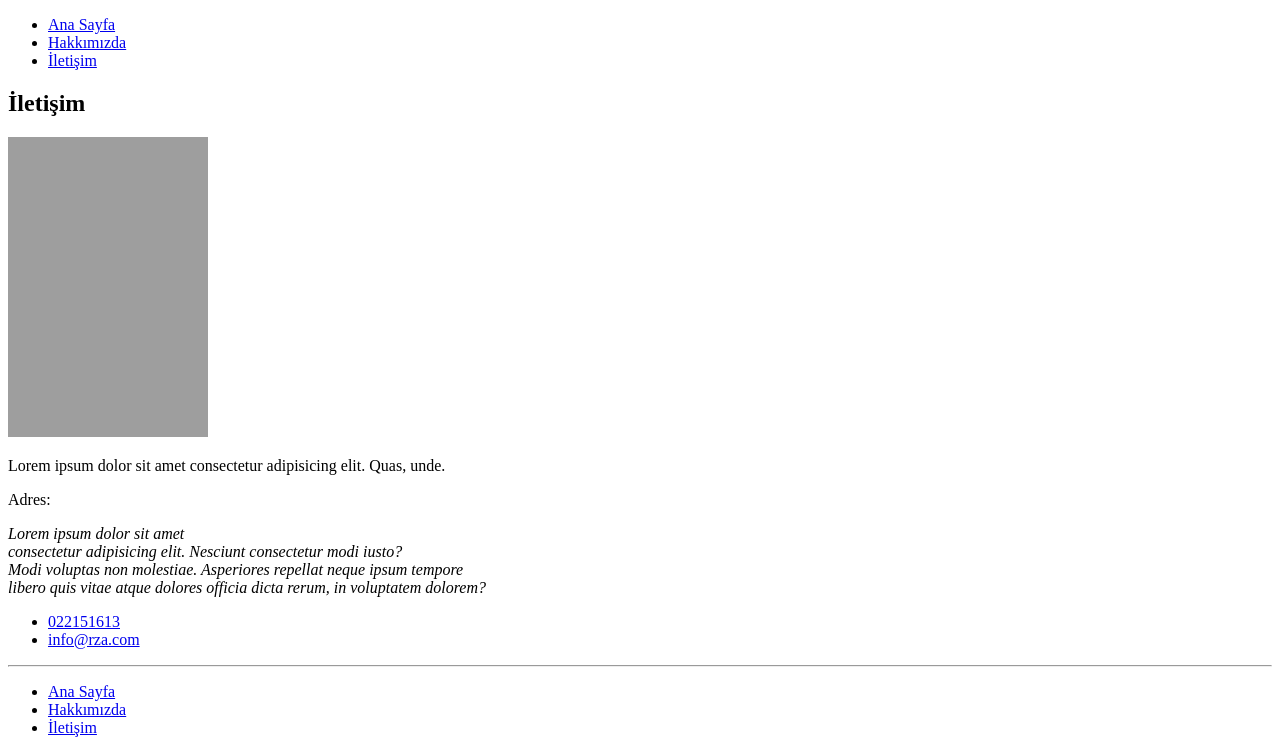
Repository: rizacantire/html
Page: Practice/contact.html
The author's editor kept a copy of each file at every save. The page is drawn from the files as they stood at one save, then again after the next save.
The browser window is 1280 px wide. The pictures show the whole page.
Pictures or frames that could not be fetched are drawn as grey boxes.

Above is the page before, as saved 2021-12-06 23:51:15.

After the next save:
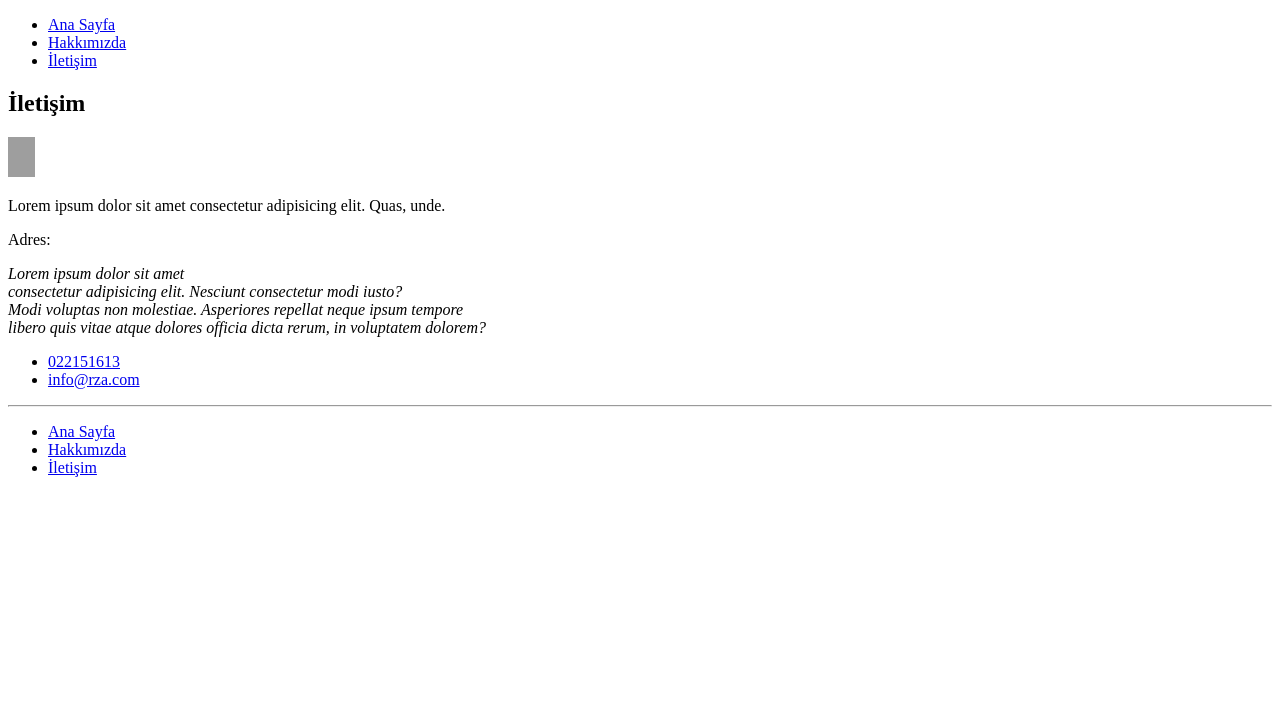
Saved 57 s later.
--- a/Practice/contact.html
+++ b/Practice/contact.html
@@ -24,7 +24,7 @@
         <!-- Articles - Start -->
         <article>
             <h2>İletişim</h2>
-            <img src="https://picsum.photos/id/8/200/300" alt="Yazı 1">
+            <img height="40" src="https://picsum.photos/id/8/200/300" alt="Yazı 1">
             <p>Lorem ipsum dolor sit amet consectetur adipisicing elit. Quas, unde.</p>
             <p>
                 Adres:
